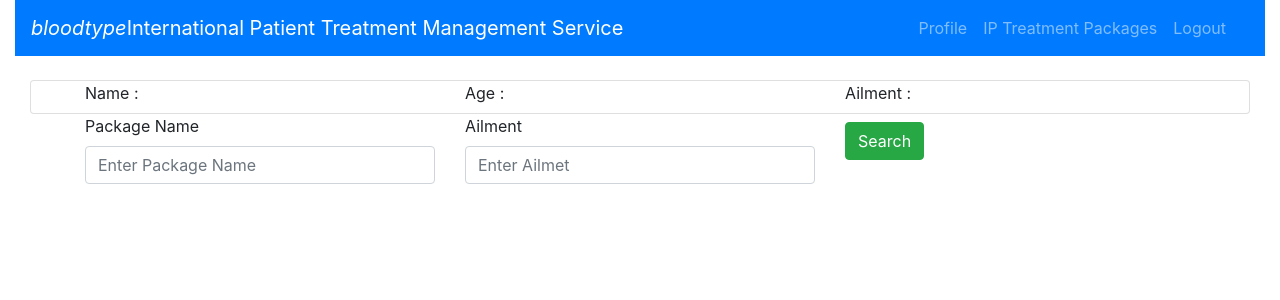
Repository: Vineet2408/POD-Cognizant
Page: http://localhost/iptms-UIportal/WEB-INF/view/IPTreatmentPackagesServices.jsp
These files come from the project's save history. The page is drawn as it stood at one moment and after the next save; the edit follows.
The browser window is 1280 px wide. The pictures show the whole page.
The page is served by Tomcat 9. Nobody is signed in. The template is opened directly, without the code that normally fills it, so the values that code supplies are empty.

Above is the page before, as saved 2021-03-07 15:58:49.

After the next save:
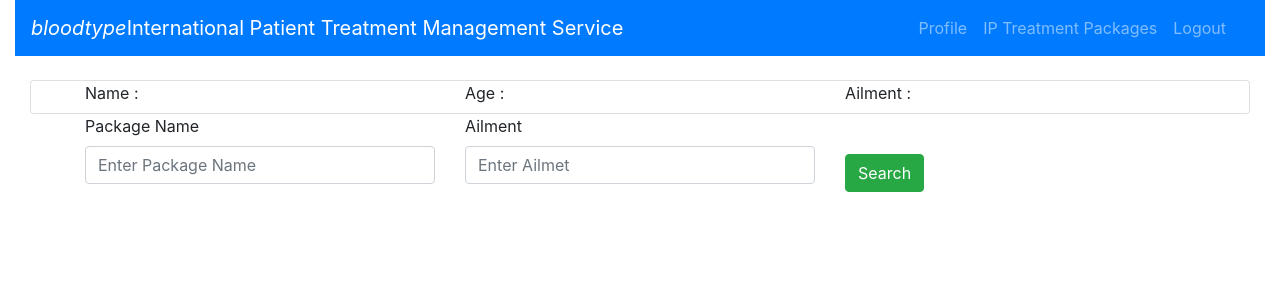
Saved 34 s later.
--- a/iptms-UIportal/src/main/webapp/WEB-INF/view/IPTreatmentPackagesServices.jsp
+++ b/iptms-UIportal/src/main/webapp/WEB-INF/view/IPTreatmentPackagesServices.jsp
@@ -44,12 +44,11 @@
 
 					</div>
 					<div class="col-md-4">
-
 						<label for="ailmet">Ailment</label>
 						<input type="text" class="form-control" id="ailmet" name="ailmet" placeholder="Enter Ailmet">
 					</div>
 					<div class="col-md-3">
-						<label> </label><br>
+						<p> </p><br>
 						<button type="submit" class="btn btn-success">Search </button>
 					</div>
 				</div>
